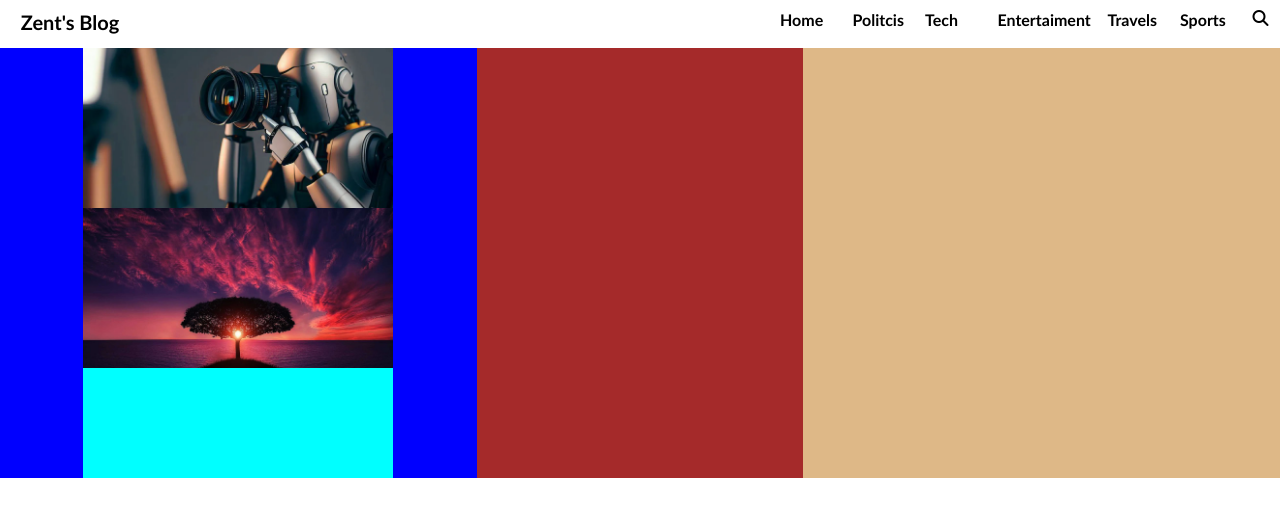
Repository: giacatdat2k5/html3
Page: html3.vs/7.1.html
These files come from the project's save history. The page is drawn as it stood at one moment and after the next save; the edit follows.
The browser window is 1280 px wide. The pictures show the whole page.

Above is the page before, as saved 2023-09-27 13:24:39.

### html3.vs/7.1.html
<!DOCTYPE html>
<html lang="en">
<head>
    <meta charset="UTF-8">
    <meta name="viewport" content="width=device-width, initial-scale=1.0">
    <title>7.2</title>
    <link rel="stylesheet" type="text/css" href="7.1.css">
    <link rel="stylesheet" href="https://cdnjs.cloudflare.com/ajax/libs/font-awesome/6.4.2/css/all.min.css"/>
</head>
<body>
    <div id="header">
        <div class="logo">Zent's Blog </div>
        <div class="menu">
            <div class="items">Home</div>
            <div class="items">Politcis</div>
            <div class="items">Tech</div>
            <div class="items">Entertaiment</div>
            <div class="items">Travels</div>
            <div class="items">Sports</div>
            <div class="search"><i class="fa-solid fa-magnifying-glass"></i></div>
        </div>
    </div>
    <div id="content">
        <div class="left">
            <div class="imageleft">
                <div class="iamge1"></div>
                <div class="iamge2"></div>
            </div>
        </div>
        <div class="center">
            <div class="imagecenter"></div>
        </div>
        <div class="right">
            <div class="iamgeright"></div>
        </div>
    </div>
</body>
</html>

### html3.vs/7.1.css
@media all and (min-width: 992px){
*{
    margin:0;
    padding: 0;
}
#header{
    width: 100%;
    height: 3em;
    display: flex;
    justify-content: space-between;
}
.logo{
    font-size: 20px;
    width: 120px;
    text-align: center;
    padding: 10px;
    font-weight: bold;
    font-family:'Trebuchet MS', 'Lucida Sans Unicode', 'Lucida Grande', 'Lucida Sans', Arial, sans-serif;

}
.menu{
    width: 510px;
    display: flex;
}
.items{
    width: 90px;
    padding: 10px;
    font-weight: bold;
    font-family:'Trebuchet MS', 'Lucida Sans Unicode', 'Lucida Grande', 'Lucida Sans', Arial, sans-serif;
}
.search{
    width: 30px;
    padding: 10px;
}
#content{
    width: 100%;
    height: 430px;
    background-color:whitesmoke;
    display: flex;
}
.left{
    width: 38%;
    height: 100%;
    background-color: blue;
    display: flex;
    flex-wrap: wrap;
    justify-content: right;
    align-items: center;
    justify-content: space-around;
}
.center{
    width: 26%;
    height: 100%;
    background-color: brown;
}
.right{
    width: 38%;
    height: 100%;
    background-color:burlywood;
}
.imageleft{
    width: 65%;
    height: 100%;
    background-color: aqua;
}
.iamge1{
    background-image: url('anh1.webp');
    background-size: cover;
    width: 100%;
    height: 160px;
}
.iamge2{
    background-image: url('anh2.jpeg');
    background-size: cover;
    width: 100%;
    height: 160px;
}
}

After the next save:
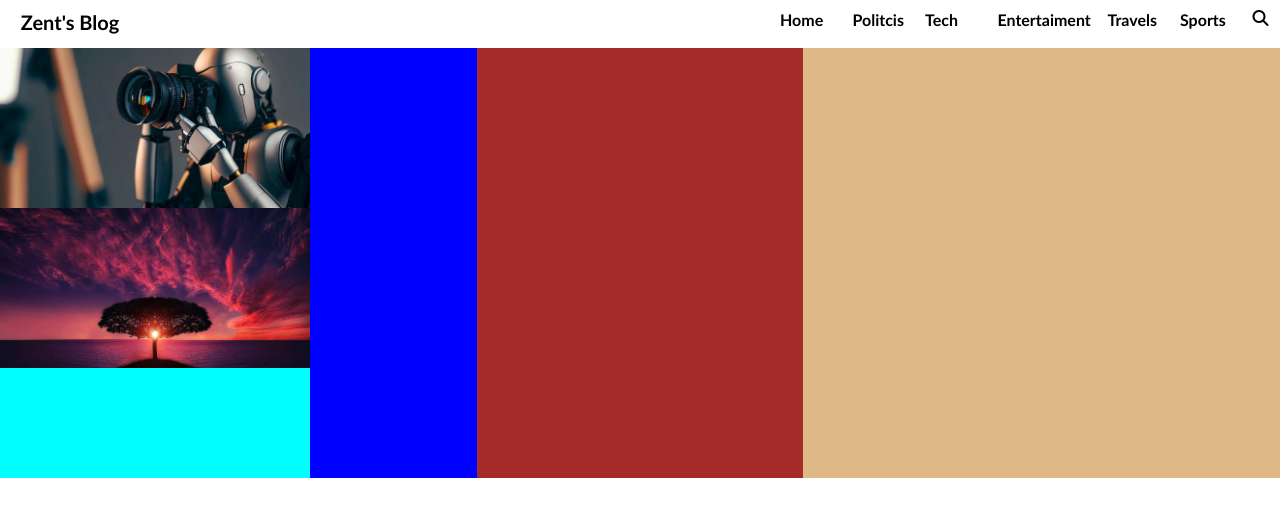
Saved 14 s later.
--- a/html3.vs/7.1.css
+++ b/html3.vs/7.1.css
@@ -46,7 +46,7 @@
     flex-wrap: wrap;
     justify-content: right;
     align-items: center;
-    justify-content: space-around;
+    justify-content:space-between;
 }
 .center{
     width: 26%;
